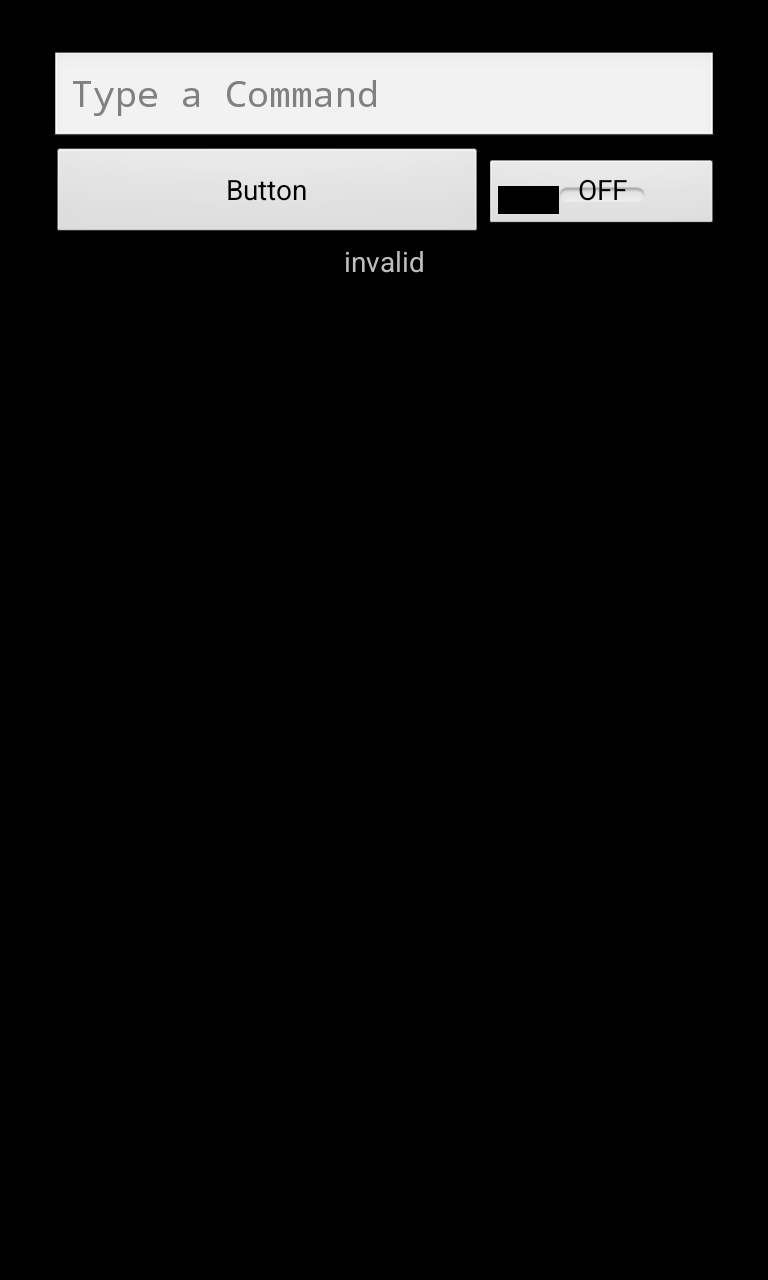
Repository: mcranwill/java_android
Layout: newboston/res/layout/text.xml
The author's editor kept a copy of each file at every save. The layout is drawn from the files as they stood at one save, then again after the next save.
It is drawn on a 768 x 1280 px phone screen (xhdpi) without system bars, with theme android:Theme; the app's code is not run.

Above is the layout before, as saved 2012-06-10 18:44:47.

After the next save:
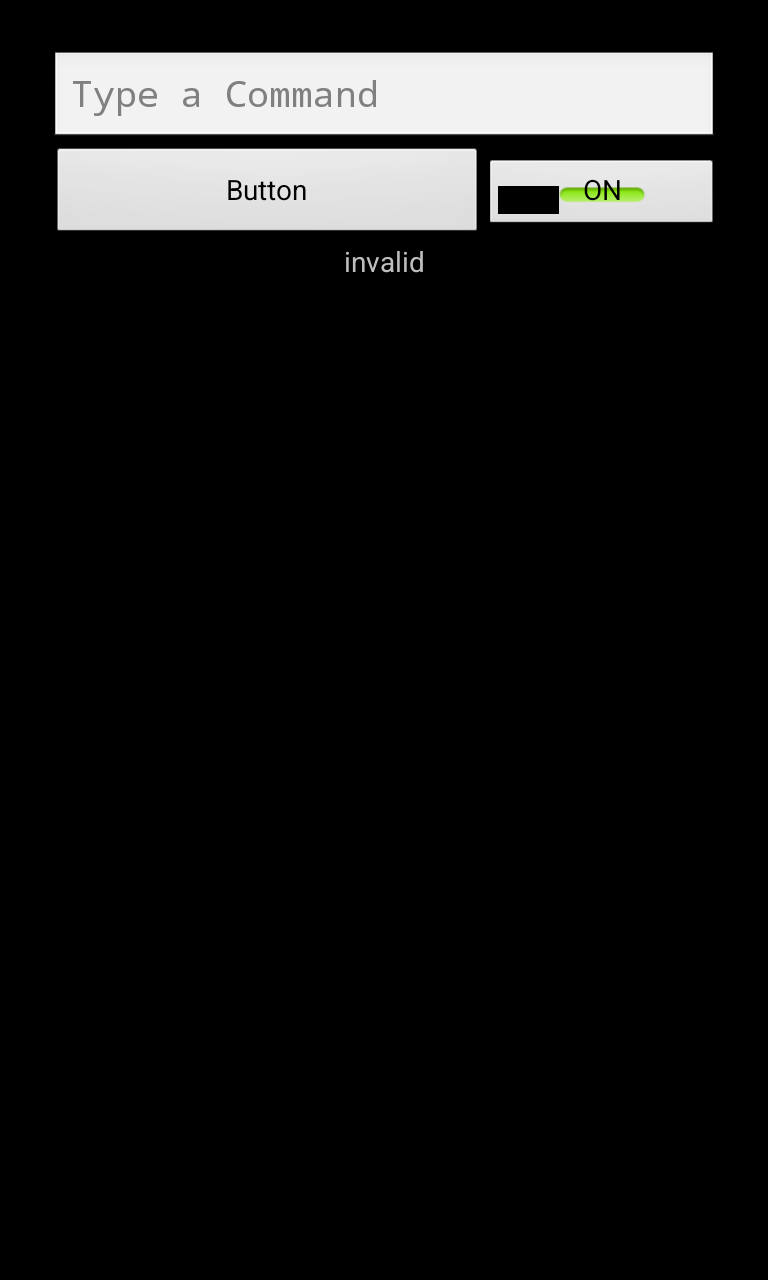
Saved 38 s later.
--- a/newboston/res/layout/text.xml
+++ b/newboston/res/layout/text.xml
@@ -31,6 +31,7 @@
             android:layout_height="wrap_content"
             android:layout_weight="65"
             android:paddingBottom="10dp"
+            android:checked="true"
             android:text="ToggleButton" />
 
     </LinearLayout>
